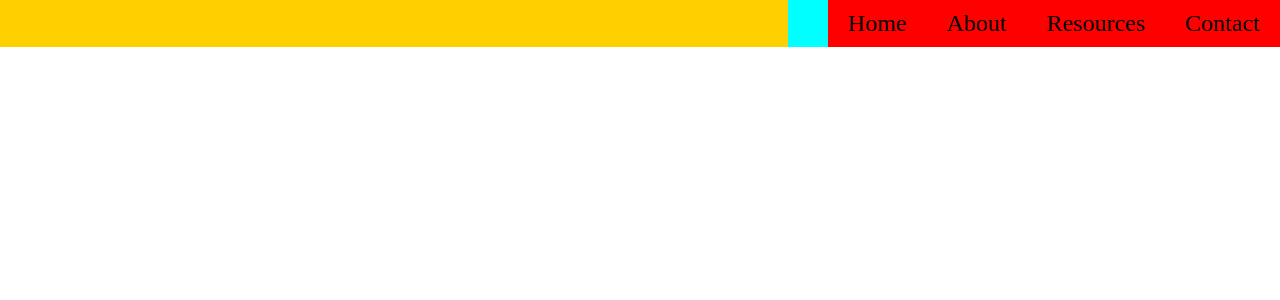
Repository: rdass1/COM421-FinalProject
Page: Website/index.html
These files come from the project's save history. The page is drawn as it stood at one moment and after the next save; the edit follows.
The browser window is 1280 px wide. The pictures show the whole page.

Above is the page before, as saved 2021-05-11 22:47:49.

### Website/index.html
<!DOCTYPE html>
<html>
    <head>
        <meta charset="UTF-8">
        <meta name="description" content="Take It To the Streets is a non-profit organization that helps people find information on how to fight their tickets. ">
        <meta name="author" content="Group 2">
        <meta name="viewport" content="width=device-width, initial-scale=1.0">
        <link rel="stylesheet" type="text/css" href="css/index.css">
        <title>Take It To The Streets</title>
    </head>
    <body>
        <header>
            <div id = "navbar">
                <nav>
                    <ul>
                        <li>Home</li>
                        <li>About</li>
                        <li>Resources</li>
                        <li>Contact</li>
                    </ul>

                </nav>
            </div>
        </header>

    </body>
</html>

### Website/css/index.css
body{
    margin:0px;
}

header{
    background-color: rgb(255, 208, 0);
    width: 100%;
    height: 6%;
    display: flex;
    justify-content: flex-end;
    margin: 0px;
    padding: 0px;

}

#navbar nav{



}

#navbar ul{
    margin: 0px;
    background-color:aqua;
    overflow: hidden;
    list-style: none;
}

#navbar li{
    margin: 0px;
    padding: 10px 20px 10px 20px;
    font-size: 1.5rem;
    background-color:red;
    float:left;
}

After the next save:
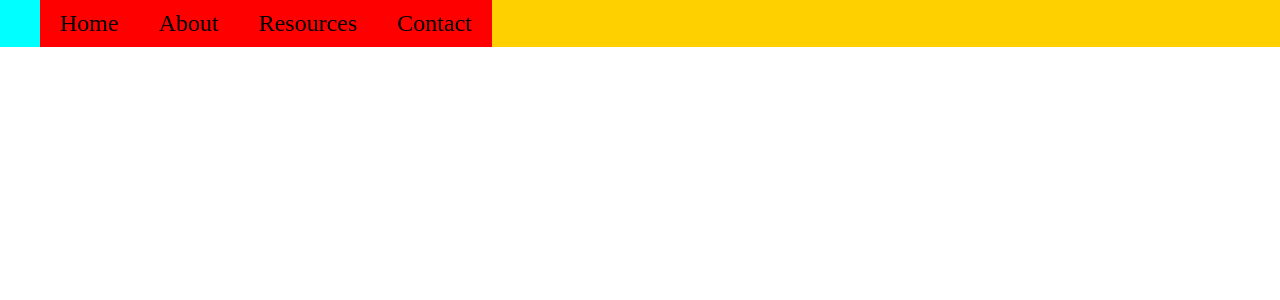
Saved 22 s later.
--- a/Website/css/index.css
+++ b/Website/css/index.css
@@ -7,7 +7,7 @@ header{
     width: 100%;
     height: 6%;
     display: flex;
-    justify-content: flex-end;
+    justify-content: flex-start;
     margin: 0px;
     padding: 0px;
 
